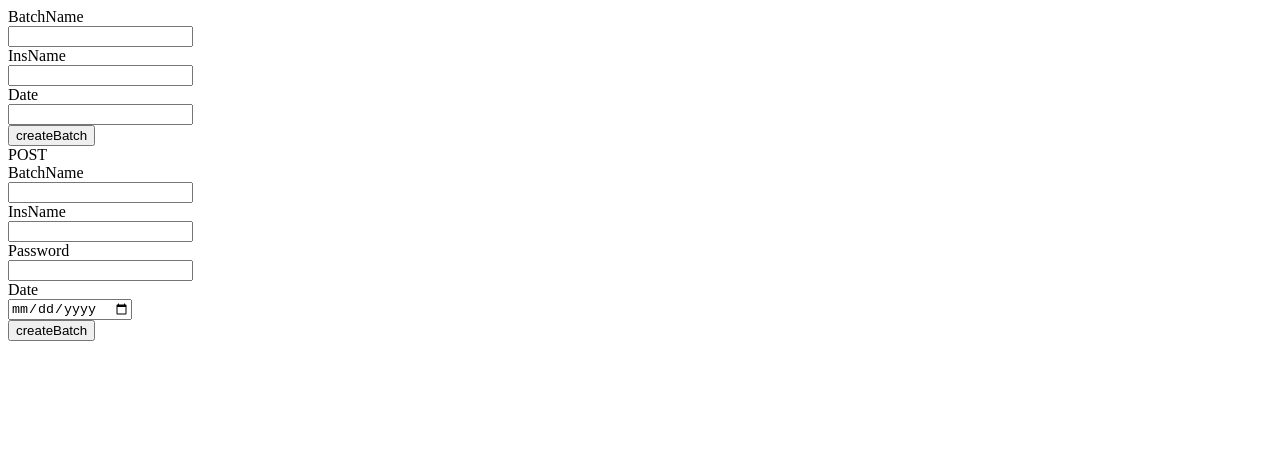
Repository: ark0000/gitL
Page: sevs/src/main/webapp/add-batch.html
These files come from the project's save history. The page is drawn as it stood at one moment and after the next save; the edit follows.
The browser window is 1280 px wide. The pictures show the whole page.

Above is the page before, as saved 2024-03-03 04:43:15.

### sevs/src/main/webapp/add-batch.html
<!DOCTYPE html>
<html>
<head>
<meta charset="ISO-8859-1">
<title>Form</title>
</head>
<body>
<form action="addbatch" method="get">
<label for="">BatchName</label><br>
<input  type="text" name="batchName" ><br>
<label for="">InsName</label><br>
<input  type="text" name="InsName" ><br>
<label for="">Date</label><br>
<input  type="text" name="Date" ><br>

<input  type="submit" name="batch" value="createBatch" >

</form>
POST
<form action="addbatch" method="post">
<label for="">BatchName</label><br>
<input  type="text" name="batchName" ><br>
<label for="">InsName</label><br>
<input  type="text" name="InsName" ><br>
<label for="">Password</label><br>
<input  type="password" name="Date" ><br>
<label for="">Date</label><br>
<input  type="date" name="Date" ><br>

<input  type="submit" name="batch" value="createBatch" >

</form>
</body>
</html>

After the next save:
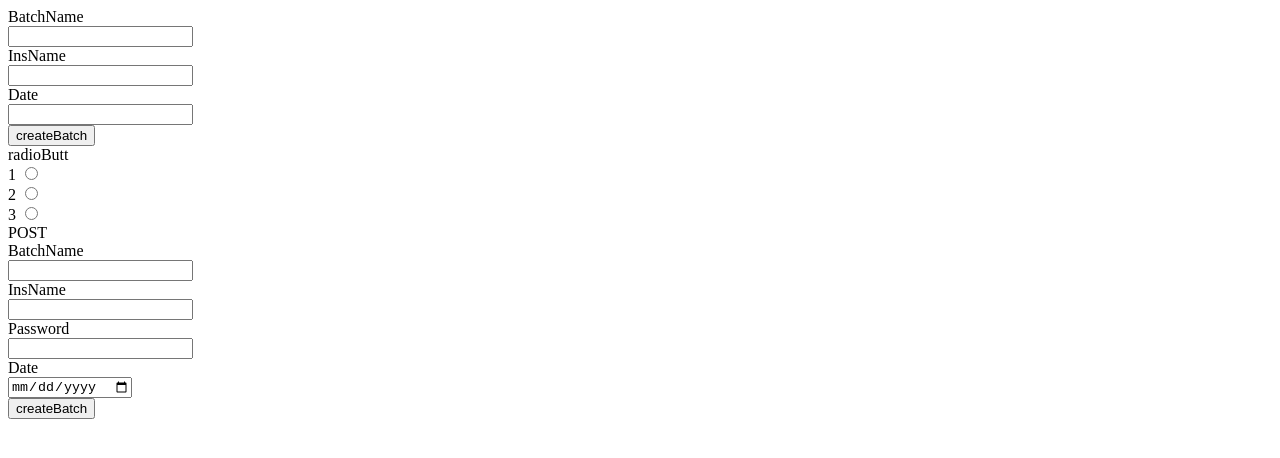
Saved 4 min 38 s later.
--- a/sevs/src/main/webapp/add-batch.html
+++ b/sevs/src/main/webapp/add-batch.html
@@ -14,7 +14,10 @@
 <input  type="text" name="Date" ><br>
 
 <input  type="submit" name="batch" value="createBatch" >
-
+<br><label>radioButt</label>
+<br>1 <input type="radio" name="rad" value="1">
+<br>2 <input type="radio" name="rad" value="2">
+<br>3 <input type="radio" name="rad" value="3">
 </form>
 POST
 <form action="addbatch" method="post">
